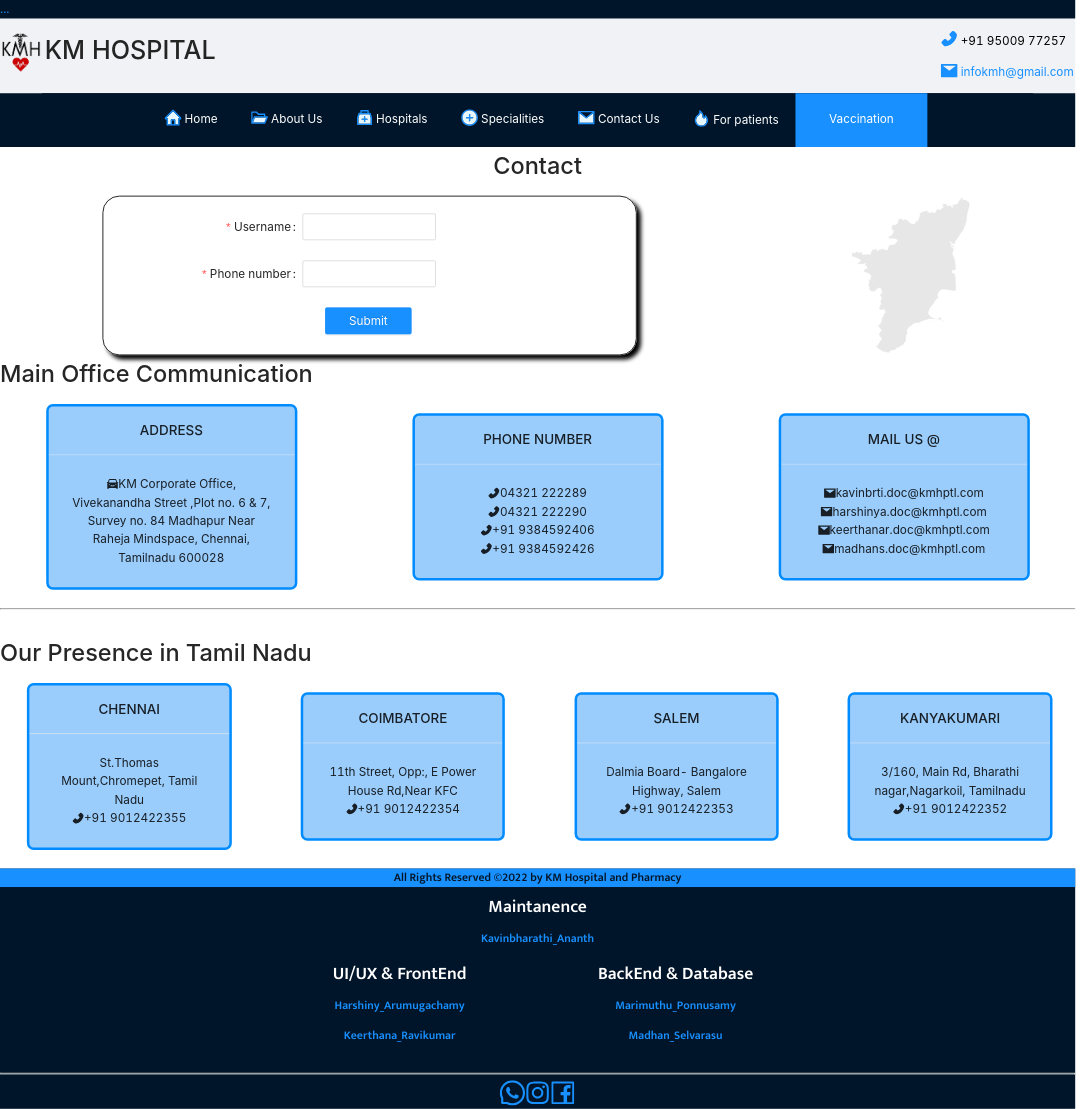
Repository: marimuthu1001/KHM-hospital
Page: /contactus (app in km-hospital/)
The author's editor kept a copy of each file at every save. The page is drawn from the files as they stood at one save, then again after the next save.
The browser window is 1280 px wide. The page is 1297 px wide, so the pictures cover 1297 px, including what lies to the right of the window. The pictures show the whole page, at 84% of full size.
The project was rebuilt for these pictures with package versions that can differ from the ones it lists, and the page was loaded fresh each time. Also part of the build but not shown: km-hospital/src/Pages/Feedback.jsx.

Above is the page before, as saved 2022-01-25 08:56:59.

### km-hospital/public/index.html
<!DOCTYPE html>
<html lang="en">
  <head>
    <meta charset="utf-8" />
    <link rel="icon" href="%PUBLIC_URL%/favicon.ico" />
    <meta name="viewport" content="width=device-width, initial-scale=1" />
    <meta name="theme-color" content="#000000" />
    <meta
      name="description"
      content="Web site created using create-react-app"
    />
    <link rel="apple-touch-icon" href="%PUBLIC_URL%/logo192.png" />
    <!--
      manifest.json provides metadata used when your web app is installed on a
      user's mobile device or desktop. See https://developers.google.com/web/fundamentals/web-app-manifest/
    -->
    <link rel="manifest" href="%PUBLIC_URL%/manifest.json" />
    <!--
      Notice the use of %PUBLIC_URL% in the tags above.
      It will be replaced with the URL of the `public` folder during the build.
      Only files inside the `public` folder can be referenced from the HTML.

      Unlike "/favicon.ico" or "favicon.ico", "%PUBLIC_URL%/favicon.ico" will
      work correctly both with client-side routing and a non-root public URL.
      Learn how to configure a non-root public URL by running `npm run build`.
    -->
    <title>KM HOSPITAL | HOME</title>
  </head>
  <body>
    <noscript>You need to enable JavaScript to run this app.</noscript>
    <div id="root"></div>
    <!--
      This HTML file is a template.
      If you open it directly in the browser, you will see an empty page.

      You can add webfonts, meta tags, or analytics to this file.
      The build step will place the bundled scripts into the <body> tag.

      To begin the development, run `npm start` or `yarn start`.
      To create a production bundle, use `npm run build` or `yarn build`.
    -->
  </body>
</html>

### km-hospital/src/index.js
import React from 'react';
import ReactDOM from 'react-dom';
import 'antd/dist/antd.min.css'
import './index.css'
import App from './App';


ReactDOM.render(
  <React.StrictMode>
    <App />
  </React.StrictMode>,
  document.getElementById('root')
);

### km-hospital/src/index.css
@import '~antd/dist/antd.css';

.ant-menu:not(.ant-menu-horizontal) .ant-menu-item-selected {
	background: transparent;
}

.ant-menu{
    background: red;
    }

### km-hospital/src/App.js
import Nav from  './components/Nav'
import Footer from './components/Footer'
import ContactUs from './Pages/ContactUs'
import {BrowserRouter as Router, Route,Routes} from 'react-router-dom'

import Feedback from './Pages/Feedback'

function App() {
  return (
    <Router>
        <div className="App">
          <Nav/>
          <Routes>
            <Route exact path="/contactus" element={<ContactUs/>}/>
            <Route exact path="/feedback" element={<Feedback/>}/>
          </Routes>

          <Footer/>
        </div>
    </Router>

  );
}

export default App;

### km-hospital/src/components/Nav.jsx
import React from 'react'

import Styles from '../Styles/Nav.module.css'
import { Layout, Menu, Dropdown,Row,Col } from 'antd';
import { UserOutlined, LaptopOutlined, NotificationOutlined } from '@ant-design/icons';
import Logo from '../Images/Logo.png'

import {HomeTwoTone,
    FolderOpenTwoTone,
    MedicineBoxTwoTone,
    PlusCircleTwoTone,
    FireTwoTone ,
    MailTwoTone,
    PhoneFilled,
    MailFilled,

    } from '@ant-design/icons'

function Nav() {
  const menu = (
    <Menu>

            <Menu.Item key="1">Covid Dose</Menu.Item>
            <Menu.Item key="2">Covid Booster</Menu.Item>
            <Menu.Item key="3">Polio Vaccine</Menu.Item>
            <Menu.Item key="4">Chicken pox Vaccine</Menu.Item>
      </Menu>
  )
const patients = (
  <Menu>
          <Menu.Item key="1">Health Checkup Package</Menu.Item>
          <Menu.Item key="2">Medicines</Menu.Item>
          <Menu.Item key="3">Symptoms</Menu.Item>
          <Menu.Item key="4">Procedurs</Menu.Item>
          <Menu.Item key="5">BMI Calculator</Menu.Item>
    </Menu>

  )

  const { Header} = Layout;
    return (

      <Layout>
        <p className={Styles.line}>...</p>
        <div className={Styles.head} >
            <Row gutters={[16,16]}>
              <Col md={{span:2}} lg={{span:1}}>
              <div className="logo">
              <img src={Logo} alt="Logo" widht={50} height={50}/>
            </div>
              </Col>
              <Col md={{span:6}} lg={{span:4}}>
              <h1>KM HOSPITAL</h1>
              </Col>
              <Col md={{span:8}} lg={{span:16}}></Col>
              <Col md={{span:5}} lg={{span:3}}>
              <div className={Styles.contactHead}>
                <p style={{color:'black'}}><PhoneFilled  style= {{ fontSize: '20px',color: '#1890ff'  }} />&nbsp;+91 95009 77257</p>
                <p><a href="mailto:infokmh@gmail.com"><MailFilled style= {{ fontSize: '20px',color: '#1890ff'  }} />&nbsp;infokmh@gmail.com</a></p>
               </div>
              </Col>
            </Row>
        </div>



      <Header className="header">
      <div className="menubar">
        <Menu style={{
            position: 'relative',
            display: 'flex',
            justifyContent: 'center',

        }} theme="dark" mode="horizontal" defaultSelectedKeys={['1']}>
     <a href="/">
          <Menu.Item key="7"><HomeTwoTone style={{fontSize:20}}/>&nbsp;Home</Menu.Item>
     </a>
     <a href="">
          <Menu.Item key="2"><FolderOpenTwoTone style={{fontSize:20}}/>&nbsp;About Us</Menu.Item>
     </a>
     <a href="">
          <Menu.Item key="3"><MedicineBoxTwoTone style={{fontSize:20}}/>&nbsp;Hospitals</Menu.Item>
     </a>
     <a href="">
          <Menu.Item key="4"><PlusCircleTwoTone style={{fontSize:20}}/>&nbsp;Specialities</Menu.Item>
     </a>
     <a href="/contactus">
          <Menu.Item  key="6"> <MailTwoTone style={{fontSize:20}}/>&nbsp;Contact Us</Menu.Item>
     </a>
          <Dropdown  overlay={patients} placement="topCenter">
              <Menu.Item key="5"><FireTwoTone style={{fontSize:20}}/>&nbsp;For patients</Menu.Item>
          </Dropdown>

          <Menu.Item key="1">
          <Dropdown  overlay={menu} placement="topCenter">
                    <Menu.Item>Vaccination</Menu.Item>
          </Dropdown>
          </Menu.Item>


        </Menu>  </div>
      </Header>


        </Layout>


    )
}

export default Nav

### km-hospital/src/components/Footer.jsx
import React from 'react'
import Styles from '../Styles/Footer.module.css'
import { Row, Col } from 'antd';
import {WhatsAppOutlined,
    InstagramOutlined,
    FacebookOutlined} from '@ant-design/icons'
function Footer() {
    return (
        <div  >
            <div className={Styles.footer}>


                <div className={Styles.footerContent}>
                    <div sm={1}  md={6} lg={8}  className={Styles.footerTitle}>
                        <h4>All Rights Reserved &copy;2022 by KM Hospital and Pharmacy</h4>
                    </div>


                <div className={Styles.maintain}>
                    <h2>Maintanence</h2>
                    <p>Kavinbharathi_Ananth</p>
                </div>

                <Row className={Styles.design} gutter={[34, 18]}>
                <Col xs={24} md={6}/>
                    <Col xs={24} md={6}>
                        <div>
                            <h2 className={Styles.headDecoration}>UI/UX & FrontEnd</h2>
                            <div className={Styles.decoration}>
                                <p>Harshiny_Arumugachamy</p>
                                <p>Keerthana_Ravikumar</p>
                            </div>
                        </div>
                    </Col>
                    <Col xs={24} md={6}>
                        <div>
                        <h2 className={Styles.headDecoration}>BackEnd & Database</h2>
                            <div className={Styles.decoration}>
                                <p>Marimuthu_Ponnusamy</p>
                                <p>Madhan_Selvarasu</p>
                            </div>
                        </div>
                    </Col>
                    <Col xs={24} md={6}/>
                        <Col sm={{ span: 5, offset: 0 }} md={{ span: 5, offset: 0 }} lg={{ span: 6, offset:0  }}> </Col>
                </Row>


<hr/>


                <Row  className={Styles.social}>
                    <Col sm={{span:2}} md={{span:8}} lg={{span:8}}><WhatsAppOutlined style={{fontSize: '30px' }} /></Col>
                    <Col sm={{span:2}} md={{span:8}} lg={{span:8}}><InstagramOutlined style={{fontSize: '30px' }} /></Col>
                    <Col sm={{span:2}} md={{span:8}} lg={{span:8}}><FacebookOutlined style={{fontSize: '30px' }} /></Col>
                </Row>
            </div>
        </div>
        </div>
    )
}

export default Footer

### km-hospital/src/Pages/ContactUs.jsx
import React from 'react'
import Styles from '../Styles/ContactUs.module.css'
import { Card, Col, Row,Form, Input, Button  } from 'antd';
import {CarFilled ,PhoneFilled,MailFilled} from '@ant-design/icons'
import TamilNadu from '../Images/TN image.png'
function ContactUs() {
    const onFinish = (values) => {
        console.log('Success:', values);
      };

      const onFinishFailed = (errorInfo) => {
        console.log('Failed:', errorInfo);
      };

    return (
        <div>
            <div className={Styles.title}>
                <h1>Contact</h1>
            </div>


<Row justify="space-around" align="middle" gutter={8}>
        <Col span={12}>
        <Form className={Styles.form}
                    name="basic"
                    labelCol={{
                        span: 9,
                    }}
                    wrapperCol={{
                        span: 6,
                    }}
                    initialValues={{
                        remember: true,
                    }}
                    onFinish={onFinish}
                    onFinishFailed={onFinishFailed}
                    autoComplete="off"
                    >
                    <Form.Item
                        label="Username"
                        name="username"
                        rules={[
                        {
                            required: true,
                            message: 'Please input your username!',
                        },
                        ]}
                    >
                        <Input />
                    </Form.Item>

                    <Form.Item
                        label="Phone number"
                        name="mob_num"
                        rules={[
                        {
                            required: true,
                            message: 'Please input your Number!',
                        },
                        ]}
                    >
                        <Input />
                    </Form.Item>

                    <Form.Item
                        align="middle"
                        wrapperCol={{
                            span: 14, offset: 10
                        }}
                    >
                        <Button  className={Styles.btn} type="primary" htmlType="submit">
                        Submit
                        </Button>
                    </Form.Item>


                    </Form>



        </Col>
        <Col>
        <img  src={TamilNadu} alt="TN image" width={150} height={190} />
        </Col>
</Row>



    <h1>Main Office Communication</h1>
            <div className={Styles.contact}>
                <div className="site-card-wrapper">
                    <Row justify="space-around" align="middle" gutter={28}>
                        {/* <Col sm={{span:2}} md={{span:5}}  lg={{span:4}}></Col> */}
                        <Col  sm={{span:1}} md={{span:5}}  lg={{span:6}} >
                            <Card className={Styles.card} title="ADDRESS" bordered={true} hoverable={true}>
                            <CarFilled />
                            KM Corporate Office,<br/>
Vivekanandha Street ,Plot no. 6 & 7, Survey no. 84 Madhapur Near Raheja Mindspace, Chennai, Tamilnadu 600028
                            </Card>
                        </Col>
                        <Col sm={{span:1}} md={{span:5}} lg={{span:6}} >
                            <Card className={Styles.card} title="PHONE NUMBER" bordered={true} hoverable={true}>
                            <PhoneFilled />04321 222289<br/>
                            <PhoneFilled />04321 222290<br/>
                            <PhoneFilled />+91 9384592406<br/>
                            <PhoneFilled />+91 9384592426<br/>
                            </Card>
                        </Col>
                        <Col sm={{span:1}} md={{span:5}} lg={{span:6}}>
                            <Card className={Styles.card} title="MAIL US @" bordered={true} hoverable={true}>
                            <MailFilled />kavinbrti.doc@kmhptl.com<br/>
                            <MailFilled />harshinya.doc@kmhptl.com<br/>
                            <MailFilled />keerthanar.doc@kmhptl.com<br/>
                            <MailFilled />madhans.doc@kmhptl.com<br/>
                            </Card>
                        </Col>
                        {/* <Col sm={{span:3}} md={{span:5}}  lg={{span:4}}></Col> */}
                    </Row>
                   <br/> <hr/><br/>
                </div>
            </div>


            <h1>Our Presence in Tamil Nadu</h1>
            <div className="site-card-wrapper">
                    <Row className={Styles.locations} justify="space-around" align="middle" gutter={28}>
                        {/* <Col sm={{span:2}} md={{span:5}}  lg={{span:4}}></Col> */}
                        <Col  sm={{span:1}} md={{span:5}}  lg={{span:5}} >
                            <Card className={Styles.card} title="CHENNAI" bordered={true} hoverable={true}>
                            St.Thomas Mount,Chromepet, Tamil Nadu <br/> <PhoneFilled />+91 9012422355
                            </Card>
                        </Col>
                        <Col sm={{span:1}} md={{span:5}} lg={{span:5}} >
                            <Card  className={Styles.card} title="COIMBATORE" bordered={true} hoverable={true}>
                           11th Street, Opp:, E Power House Rd,Near KFC <br/> <PhoneFilled />+91 9012422354
                            </Card>
                        </Col>
                        <Col sm={{span:1}} md={{span:5}} lg={{span:5}}>
                            <Card className={Styles.card} title="SALEM" bordered={true} hoverable={true}>
                           Dalmia Board- Bangalore Highway, Salem  <br/> <PhoneFilled />+91 9012422353
                            </Card>
                        </Col>
                        <Col sm={{span:1}} md={{span:5}} lg={{span:5}}>
                            <Card className={Styles.card} title="KANYAKUMARI" bordered={true} hoverable={true}>
                             3/160, Main Rd, Bharathi nagar,Nagarkoil, Tamilnadu  <br/> <PhoneFilled />+91 9012422352
                            </Card>
                        </Col>
                        {/* <Col sm={{span:3}} md={{span:5}}  lg={{span:4}}></Col> */}
                    </Row>
              <br/>
                </div>
        </div>
    )
}

export default ContactUs

### km-hospital/src/Styles/Nav.module.css
*{
    margin-top:0px;
}
.line{
    background-color:#001529;
    color:#1890ff;
}
.head h1{
    font-size: 30px;
}
.menubar .Menu.item{
    margin-left:20%;
}
a{
    text-decoration: none;
}
a:hover{
    background-color:#1890ff;
}

### km-hospital/src/Styles/Footer.module.css
@import url('https://fonts.googleapis.com/css2?family=Mukta:wght@600&display=swap');
.footer{
    background-color:#001529;
    font-family: 'Mukta', sans-serif;
    color:#1890ff;
    position:relative;
    text-align:center
}
.footer h2{
    color:#ffffff
}
.footer .footerTitle{
    color:rgb(255, 255, 255);
    background-color:#1890ff
}
.footer .social{
    text-align:center;
    display:inline-flex;
}
.social li{
    list-style-type: none;
}
.decoration{
    list-style-type:none;
    text-align:center
}
.headDecoration{
    text-align:center
}

### km-hospital/src/Styles/ContactUs.module.css
.title{
    text-align:center;
}
.card{
    border:3px solid #008cff;
    border-radius:8px;
    text-align: center;
    background-color:#9bcdfc;
}
.card:hover{
    border:3px solid #1890ff;
    box-shadow: 8px 8px 8px #9bcdfc ;
}
.locations{

    padding-left:5px;
}
.btn{
    width:28%;
}
.form{
    border-radius:20px;
    border:1px solid #000;
    box-shadow:5px 5px 5px rgb(0, 0, 0);
    padding-top:20px;
}

After the next save:
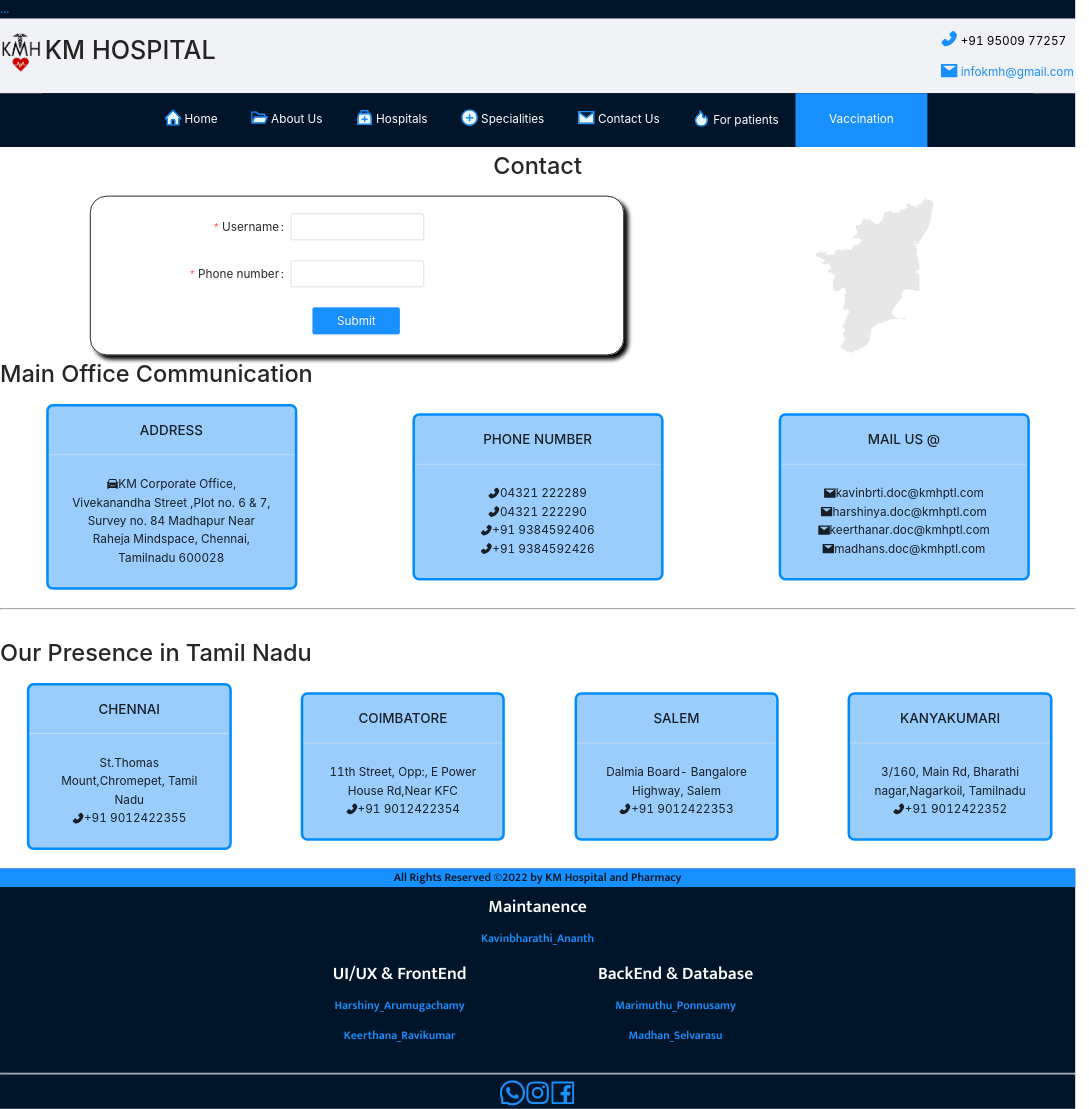
Saved 23 s later.
--- a/km-hospital/src/Pages/ContactUs.jsx
+++ b/km-hospital/src/Pages/ContactUs.jsx
@@ -79,7 +79,7 @@ function ContactUs() {
 
 
         </Col>
-        <Col>
+        <Col span={4}>
         <img  src={TamilNadu} alt="TN image" width={150} height={190} />
         </Col>
 </Row>
